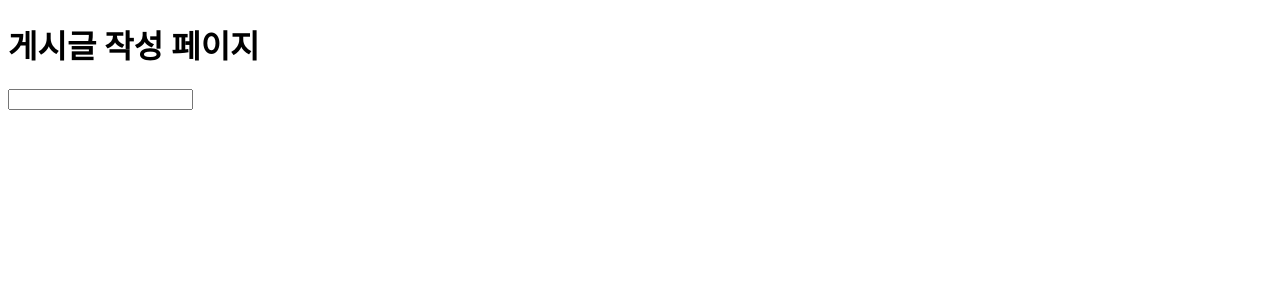
Repository: ksccmp/notice-board
Page: http://localhost/board/login_filter/board_write.jsp
The author's editor kept a copy of each file at every save. The page is drawn from the files as they stood at one save, then again after the next save.
The browser window is 1280 px wide. The pictures show the whole page.
The page is served by Tomcat 9. Nobody is signed in. The application's start-up code is not run.

Above is the page before, as saved 2019-09-24 13:57:23.

After the next save:
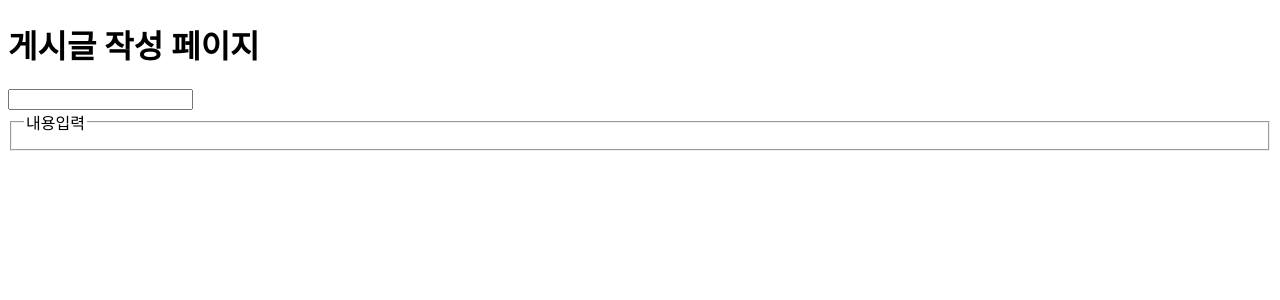
Saved 28 s later.
--- a/board/src/main/webapp/login_filter/board_write.jsp
+++ b/board/src/main/webapp/login_filter/board_write.jsp
@@ -10,6 +10,9 @@
 	<h1>게시글 작성 페이지</h1>
 	<form method="post" action="">
 		<input type="text" id="title" name="title">
+		<fieldset>
+			<legend>내용입력</legend>
+		</fieldset>
 	</form>
 </body>
 </html>
